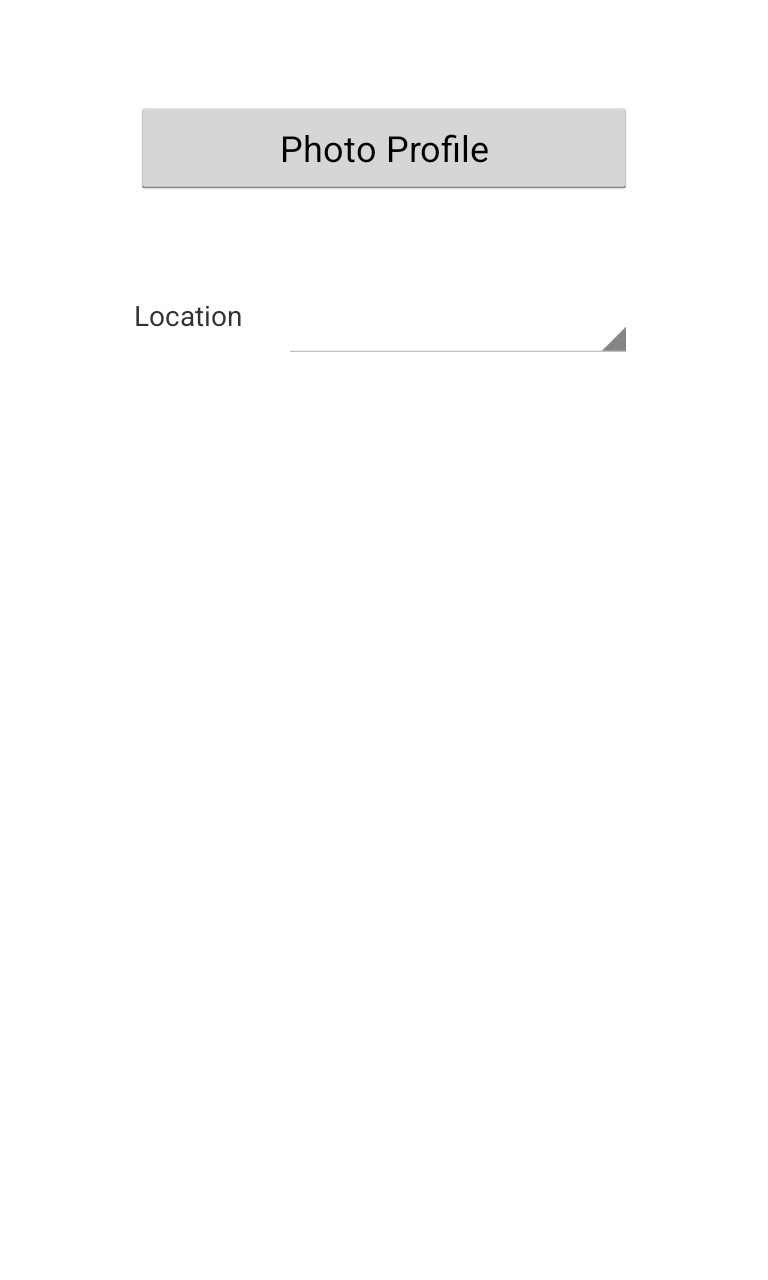
Repository: elvispap/The_Voice_of_People_Android_app
Layout: Voice of People/res/layout/profile_settings.xml
The author's editor kept a copy of each file at every save. The layout is drawn from the files as they stood at one save, then again after the next save.
It is drawn on a 768 x 1280 px phone screen (xhdpi) without system bars, with theme AppTheme; the app's code is not run.

Above is the layout before, as saved 2014-01-05 20:27:56.

After the next save:
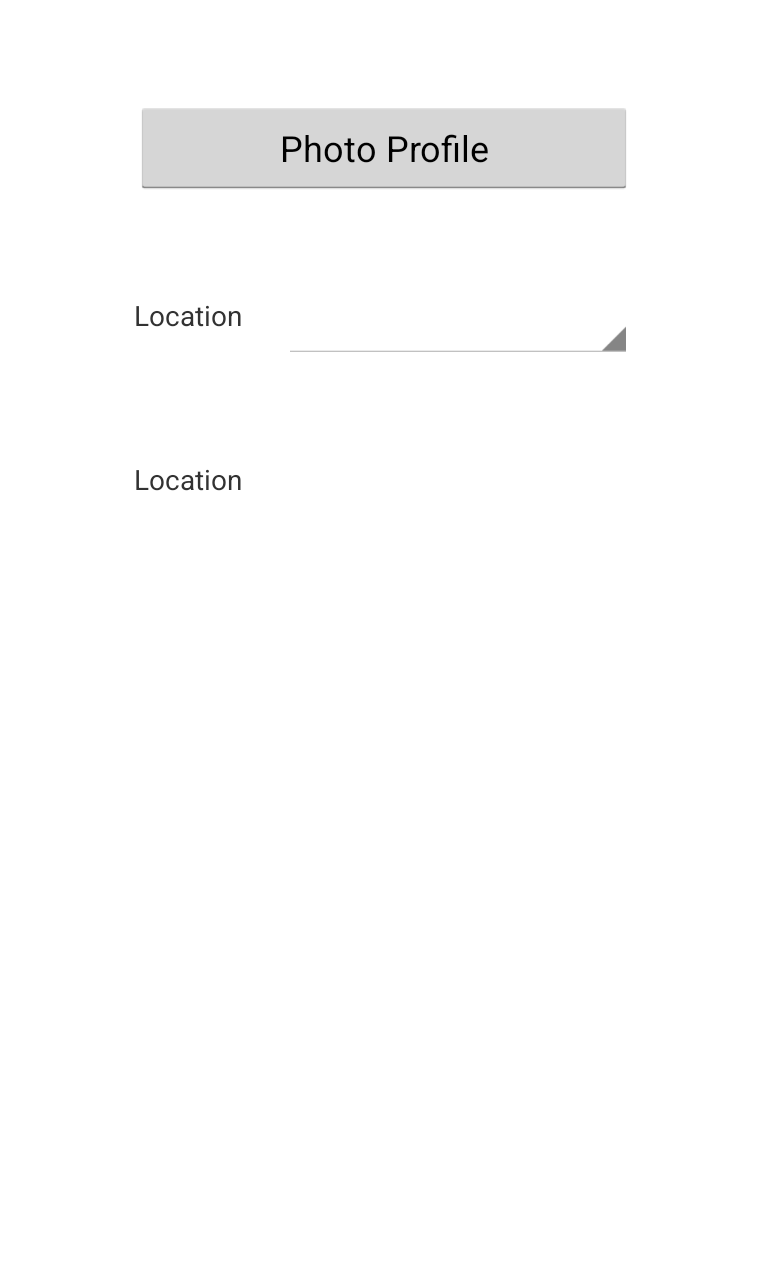
Saved 13 min 6 s later.
--- a/Voice of People/res/layout/profile_settings.xml
+++ b/Voice of People/res/layout/profile_settings.xml
@@ -18,6 +18,7 @@
         android:layout_gravity="center_horizontal" />
 
     </LinearLayout>
+
     <LinearLayout android:layout_width="250dp"
 	    android:layout_height="wrap_content"
 	    android:orientation="horizontal"
@@ -29,8 +30,7 @@
             android:layout_width="wrap_content"
             android:layout_height="wrap_content"
             android:text="Location" />
-
-		    <Spinner
+         <Spinner
 		        android:id="@+id/location"
 		        android:layout_width="match_parent"
 		        android:layout_height="wrap_content"
@@ -38,4 +38,16 @@
 		    />
     </LinearLayout>
 
+    <LinearLayout android:layout_width="250dp"
+	    android:layout_height="wrap_content"
+	    android:orientation="horizontal"
+	    android:layout_gravity="center_horizontal"
+	    android:layout_marginTop="50dp">
+			   <TextView
+	            android:id="@+id/textView1"
+	            android:layout_width="wrap_content"
+	            android:layout_height="wrap_content"
+	            android:text="Location" />
+     </LinearLayout>
+
 </LinearLayout>
